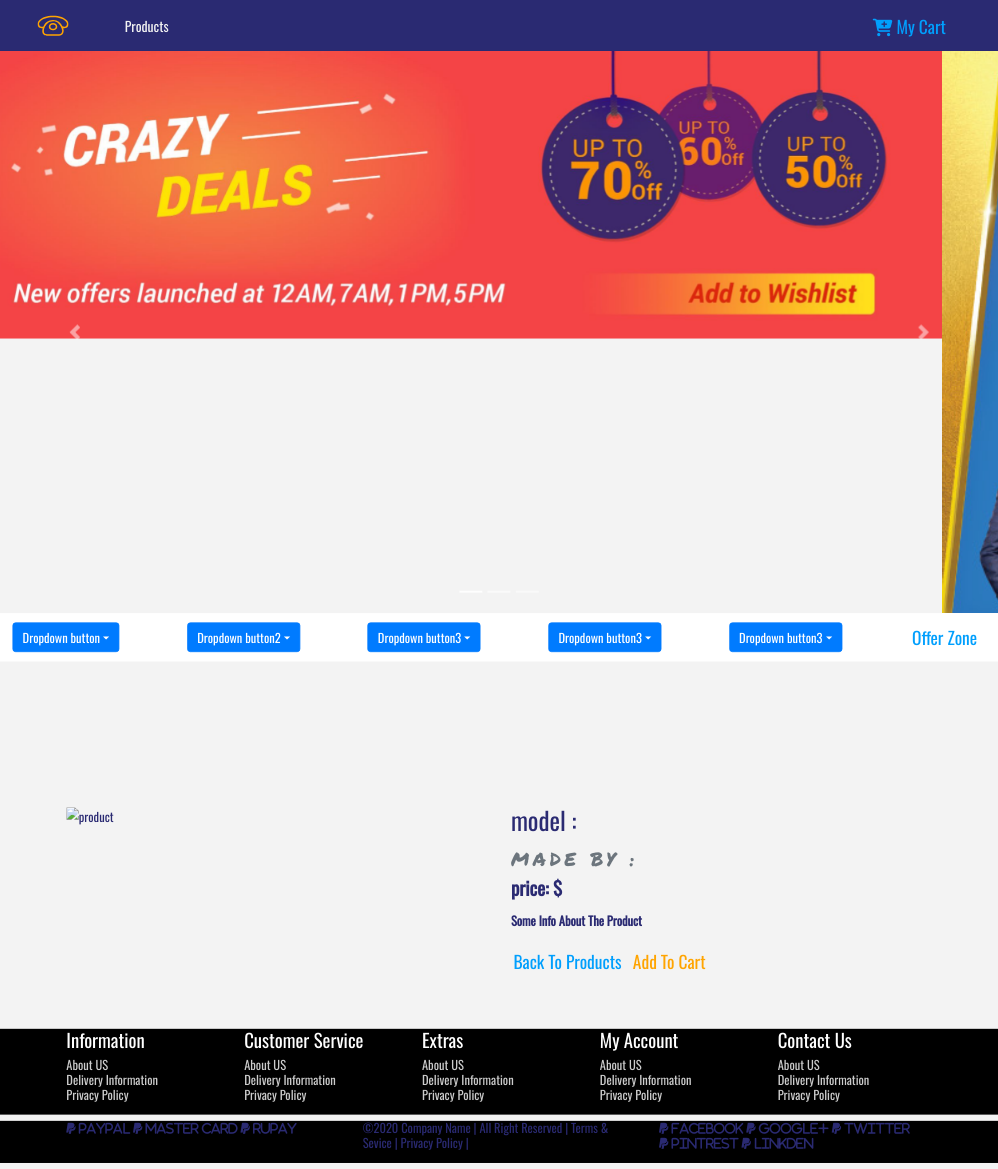
Repository: aditya1068/Online-Store
Page: /details
The author's editor kept a copy of each file at every save. The page is drawn from the files as they stood at one save, then again after the next save.
The browser window is 1280 px wide. The pictures show the whole page, at 78% of full size.
Some web libraries are served in a nearby version. The project was rebuilt for these pictures with package versions that can differ from the ones it lists, and the page was loaded fresh each time. Also part of the build but not shown: src/components/Products.js, src/components/Title.js, src/components/ProductsList.js, src/components/Cart.js, src/components/Default.js.

Above is the page before, as saved 2020-04-03 03:37:51.

### public/index.html
<!DOCTYPE html>
<html lang="en">
  <head>
    <meta charset="utf-8" />
    <link rel="icon" href="%PUBLIC_URL%/favicon.ico" />
    <meta name="viewport" content="width=device-width, initial-scale=1" />
    <meta name="theme-color" content="#000000" />
    <meta
      name="description"
      content="Web site created using create-react-app"
    />
    <link rel="apple-touch-icon" href="%PUBLIC_URL%/logo192.png" />
    <!--
      manifest.json provides metadata used when your web app is installed on a
      user's mobile device or desktop. See https://developers.google.com/web/fundamentals/web-app-manifest/
    -->
    <link rel="manifest" href="%PUBLIC_URL%/manifest.json" />
    <!--
      Notice the use of %PUBLIC_URL% in the tags above.
      It will be replaced with the URL of the `public` folder during the build.
      Only files inside the `public` folder can be referenced from the HTML.

      Unlike "/favicon.ico" or "favicon.ico", "%PUBLIC_URL%/favicon.ico" will
      work correctly both with client-side routing and a non-root public URL.
      Learn how to configure a non-root public URL by running `npm run build`.
    -->
    <!--Google Fonts-->
    <link href="https://fonts.googleapis.com/css?family=Oswald|Permanent+Marker&display=swap" rel="stylesheet">

    <!--Font Awesome-->
    <script src="https://kit.fontawesome.com/7ff98d2d13.js" crossorigin="anonymous"></script>
    <title>Store</title>
  </head>
  <body>
    <noscript>You need to enable JavaScript to run this app.</noscript>
    <div id="root"></div>
    <!--
      This HTML file is a template.
      If you open it directly in the browser, you will see an empty page.

      You can add webfonts, meta tags, or analytics to this file.
      The build step will place the bundled scripts into the <body> tag.

      To begin the development, run `npm start` or `yarn start`.
      To create a production bundle, use `npm run build` or `yarn build`.
    -->
  </body>
</html>

### src/index.js
import React from 'react';
import ReactDOM from 'react-dom';
import './index.css';
import 'bootstrap';
//import 'bootstrap/dist/css/bootstrap.css';
//import 'bootstrap/dist/js/bootstrap.js';
import App from './App';
import { BrowserRouter as Router } from 'react-router-dom';
import {ProductProvider } from './context';
import * as serviceWorker from './serviceWorker';

ReactDOM.render(
    <ProductProvider>

    <Router>
    <App/>
    </Router>

    </ProductProvider>,



 document.getElementById('root'));

// If you want your app to work offline and load faster, you can change
// unregister() to register() below. Note this comes with some pitfalls.
// Learn more about service workers: https://bit.ly/CRA-PWA
serviceWorker.unregister();

### src/App.js
import React, { Component } from "react";
import {Route,Switch} from 'react-router-dom';
import { BrowserRouter as  Router} from 'react-router-dom';
import './App.css';
import "bootstrap/dist/css/bootstrap.min.css";
import Navbar from "./components/Navbar";
import Navbar1 from "./components/Navbar1";
import ProductsList from "./components/ProductsList";
import Details from "./components/Details";
import Cart from "./components/Cart";
import Default from "./components/Default";
import Modal from './components/Modal';
import Slider from "./components/Slider";
import Footer from "./components/Footer";
import Footer2 from "./components/Footer2";

class App extends Component {
  render() {
    return(

      <Router>
        <Navbar />
        <Slider />
        <Navbar1 />

          <Switch>
            <Route path ="/" exact component ={
              () => (<ProductsList></ProductsList>)
            } />

            <Route path ="/details" exact component ={
              () => (<Details></Details>)
             } />

            <Route path ="/cart" exact component ={
              () => (<Cart></Cart>)
            } />

              <Route  component ={
              () => (<Default></Default>)
            } />

              </Switch>

            <Modal />
            <Footer /> <Footer2 />

  </Router>

    );
  }
}

export default App;

### src/context.js
import React, { Component } from 'react';
import { storeProducts, detailProduct } from './data';

const ProductContext = React.createContext();
// Provider
// Consumer

class ProductProvider extends Component {
   state = {
     products: [],
     detailProduct: detailProduct,
     cart: [],
     modalOpen: false,
     modalProduct: detailProduct,
     cartSubTotal: 0,
     cartTax: 0,
     CartTotal: 0,
   };

   componentDidMount() {
     this.setProducts();
   }

   setProducts = () => {
     let tempProducts = [];
     storeProducts.forEach(item => {
       const singleItem = { ...item };
       tempProducts = [...tempProducts, singleItem];
     });
     this.setState(() => {
       return { products: tempProducts };
     });
   };

    getItem = (id) => {
      const product = this.state.products.find(item => item.id === id);
      return product;
    };

   handleDetail =(id) => {
     const product = this.getItem(id);
     this.setState(() => {
       return { detailProduct:product };
     });
   };

 addToCart =(id) => {
   let tempProducts = [...this.state.products];
   const index = tempProducts.indexOf(this.getItem(id));
   const product = tempProducts[index];
   product.inCart = true;
   product.count = 1;
   const  price  = product.price;
   product.total = price;
   this.setState(() => {
     return { products: tempProducts, cart: [...this.state.cart, product] };
   },
   () => {
     this.addTotals();
   });
 };

    openModal = id => {
      const product = this.getItem(id);
      this.setState(() => {
        return { modalProduct: product, modalOpen: true };
      });
    }

closeModal = () => {
  this.setState(() => {
    return { modalOpen: false };
  });
};

increment = (id) => {
  let tempCart = [...this.state.cart];
  const selectedProduct = tempCart.find(item=>item.id === id);

  const index = tempCart.indexOf(selectedProduct);
  const product = tempCart[index];

  product.count += 1;
  product.total = product.count * product.price;

  this.setState(() => {
    return { cart: [...tempCart] };
  },
  () => {
    this.addTotals();
  });
}

decrement = (id) => {
  let tempCart = [...this.state.cart];
  const selectedProduct = tempCart.find(item => item.id === id);

  const index = tempCart.indexOf(selectedProduct);
  const product = tempCart[index];
  product.count = product.count - 1;
  if (product.count === 0) {
    this.removeItem(id);
  } else {
    product.total = product.count * product.price;
    this.setState(() => {
      return { cart: [...tempCart] };
    },
    () => { this.addTotals(); });
  }
};

removeItem = (id) => {
  const tempProducts = [...this.state.products];
  let tempCart = [...this.state.cart];

  tempCart = tempCart.filter(item => item.id !== id);
  const index = tempProducts.indexOf(this.getItem(id));
  const removedProduct = tempProducts[index];
  removedProduct.inCart = false;
  removedProduct.Count = 0;
  removedProduct.total = 0;
  this.setState(() => {
    return {
      cart: [...tempCart],
      products: [...tempProducts],
    };
  });
}

clearCart =() => {
  this.setState(() => {
    return { cart: [] };
  }, () => {
    this.setProducts();
    this.addTotals();
  });
};

addTotals =() => {
  let subTotal = 0;
  this.state.cart.map(item => (subTotal += item.total));
  const tempTax = subTotal * .18;
  const tax = parseFloat(tempTax.toFixed(1));
  const total = subTotal + tax;
  this.setState(() => {
    return {
      cartSubTotal: subTotal,
      cartTax: tax,
      CartTotal: total,
    };
  });
};

render() {
  return (
    <ProductContext.Provider value={{
      ...this.state,
      handleDetail: this.handleDetail,
      addToCart: this.addToCart,
      openModal: this.openModal,
      closeModal: this.closeModal,
      increment: this.increment,
      decrement: this.decrement,
      removeItem: this.removeItem,
      clearCart: this.clearCart,
    }}
    >
      {this.props.children}
    </ProductContext.Provider>
  );
}
}


const ProductConsumer = ProductContext.Consumer;

export { ProductProvider, ProductConsumer };

### src/App.css
:root{
  --mainBlue: #2a2a72;
  --lightBlue: #009ffd;
  --mainWhite: #f3f3f3;
  --mainDark: #232528;
  --mainYellow: #ffa400;
}
body{
    font-family: 'Oswald', sans-serif !important;
    background: var(--mainWhite)!important;
    color: var(--mainBlue)!important ;
}
.text-title{
font-family: 'Permanent Marker', cursive;
letter-spacing: 0.3rem;
text-transform: uppercase;
}
.text-blue{
  color: var(--mainBlue);
}
.text-bright{
  color: var(--lightBlue);
}
.btn-black{
  background: transparent;
  text-transform: capitalize;
  font-size: 0.6rem !important;
  color: var(--mainDark);
  border-radius: 0 !important;
  border: 0.1rem solid var(--mainDark) !important;
}

.btn-black:hover{
  background: var(--mainDark) !important;
  color: var(--mainWhite) !important;
}

.cart-icon{
  cursor: pointer;
  font-size: 1.2rem;
  color: var(--mainYellow);
}

### src/components/Navbar.js
import React, { Component } from 'react';
import {Link} from 'react-router-dom';
import logo from "../logo.svg";
import styled from "styled-components";
import {ButtonContainer} from  './button';
export default class Navbar extends Component{
    render(){
        return(

           <NavWrapper className="navbar navbar-expand-sm navbar-dark  px-sm-5">
               { /*
                https://www.iconfinder.com/icons/1243689/call_phone_icon
                Creative Commons (Attribution 3.0 Unported);
               https://www.iconfinder.com/Makoto_msk */}
    <Link to ='/' >
     <img src={logo} alt = "store" className="navbar-brand" />
    </Link>
    <ul className= "navbar-nav align-items-center">
        <li className="nav-item ml-5">
        <Link to= "/" className= "nav-link">
            products
            </Link>
            </li>
        </ul>
        <Link to= '/Cart' className="ml-auto">

        <ButtonContainer>
            <span className ="mr-2">
                <i className="fas fa-cart-plus"></i>  my cart
                </span> </ButtonContainer>
        </Link>
            </NavWrapper>
        );
    }
}

const NavWrapper =styled.nav`
background: var(--mainBlue);
.nav-link{
    color:var(--mainWhite)!important;
    font-size: 1.1rem;
    text-transform: capitalize;
}
`;

### src/components/Details.js
import React, { Component } from 'react';
import {ProductConsumer} from '../context';
import {Link} from 'react-router-dom';
import {ButtonContainer} from './button';
export default class Details extends Component{
    render(){
        return(

            <ProductConsumer>
                {(value)=>{
                    const {id,company,img,info,price,title,inCart}=
                    value.detailProduct;
                    return(
                        <div className="container py-5">
                            {/*title */}
                            <div className="row">
                                <div className="col-10 mx-auto text-center text-slanted text-blue my-5">
                                    <h1>{title}</h1>
                                    </div>
                            </div>

                            {/*end title */}
                            {/*Product info */}
                            <div className="row">
                                <div className="col-10 mx-auto col-md-6 my-3">

                                 <img src={img} className="img-fluid" alt="product"/>
                                </div>
                                {/* Product text */}
                                <div className="col-10 mx-auto col-md-6 my-3  text-capitalise">
                                    <h2>model :{title}</h2>
                                    <h4  className="text-title text-upercase text-muted mt-3 mb-2">
                                   made by : <span className="text-uppercase">
                                       {company}</span>  </h4>
                                       <h4 className="text-blue">
                                           <strong>
                                               price: <span>$</span>
                                          {price}
                                           </strong>
                                  </h4>
                                <p className="text-capitalize font-weight-bold mt-3 mb-0">
                                    some info about the product
                                </p>
                                <p className="text-muted lead">{info}</p>
                                {/* buttons */}
                                <div>
                                    <Link to="/">
                                        <ButtonContainer>back to products</ButtonContainer>
                                    </Link>
                                    <ButtonContainer cart
                                     disabled={inCart ? true : false}
                                     onClick={()=>{
                                        value.addToCart(id);
                                        value.openModal(id);
                                     }}
                                     >
                                        {inCart ? "inCart": "add to cart"}
                                    </ButtonContainer>

                                </div>
                            </div>
                        </div>
                        </div>
                    );
                }}

            </ProductConsumer>

        );
    }

}

### src/components/Modal.js
import React, { Component } from 'react'
import styled from 'styled-components';
import {ProductConsumer} from '../context';
import {ButtonContainer } from './button';
import {Link} from "react-router-dom";


export default class  extends Component {
    render() {
        return (
            <ProductConsumer>
                {(value) => {
                    const {modalOpen,closeModal} = value;
                    const {img,title,price} = value.modalProduct;

                    if(!modalOpen){
                        return null;
                    }

                    else{
                return (
                <ModalContainer>
    <div className="container">
    <div className="row">
      <div id="modal" className= "col-8 mx-auto col-md-6 col-lg-4 text-center text-capitalize">
    <h5>item added to the cart</h5>
    <img src={img} className="img-fluid" alt="product" />
    <h5>{title}</h5>
    <h5 className= "text-muted">price : $ {price} </h5>
    <Link to ='/'>
        <ButtonContainer onClick={()=>closeModal()}>
            continue Shopping
        </ButtonContainer>
    </Link>
    <Link to ='/cart'>
        <ButtonContainer cart onClick={()=>closeModal()}>
            go to Cart
        </ButtonContainer>
    </Link>
    </div>
    </div> </div>
                        </ModalContainer>
                        );

                }
            }}
            </ProductConsumer>
        );
    }
}

const ModalContainer = styled.div`
position:fixed;
top: 0;
left: 0;
right: 0;
bottom: 0;
background: rgba(0,0,0,0.3);
display: flex;
align-items: center;
justufy-content: center;
#modal{
    background: var(--mainWhite);
}
`;

### src/components/Slider.js
import React, { Component } from 'react'
import Carousel from 'react-bootstrap/Carousel'
//import Carousel from 'react-multi-carousel';
import 'react-multi-carousel/lib/styles.css';
import {Link} from 'react-router-dom';

export default class Slider extends Component {
    render() {
        return (
            <div>
                <Carousel>
  <Carousel.Item>
    <img
      className="d-block w-100"
      src="img/slider1.jpg"
      alt="First slide"
    />
    <Carousel.Caption>
      <h3></h3>
      <p></p>
    </Carousel.Caption>
  </Carousel.Item>
  <Carousel.Item>
    <img
      className="d-block w-100"
      src="img/slider2.jpg"
      alt="Second slide"
    />

    <Carousel.Caption>

    </Carousel.Caption>
  </Carousel.Item>
  <Carousel.Item>
    <img
      className="d-block w-100"
      src="img/slider3.jpg"
      alt="Third slide"
    />


  </Carousel.Item>
</Carousel>
            </div>
        )
    }
}

### src/components/Footer.js
import React, { Component } from 'react';


export default class Footer extends Component {
    render() {
      return (
          <div className="main-footer"  >
             <h1 style={{backgroundColor: "black"}}>
              <div className= "container">
              <div className= "row">
                  {/* column1 */}
                  <div className= "col">
                  <h4 style={{color: "#ffffff"}}>Information</h4>
                      <ul className="list-unstyled" style={{color: "#cccccc"}} >
                         <h6> <li>About US </li>
                          <li>Delivery Information</li>
                          <li>Privacy Policy</li></h6>
                      </ul>
                  </div>
                  {/* column2 */}
                  <div className= "col">
                      <h4 style={{color: "#ffffff"}}>Customer Service</h4>
                      <ul className="list-unstyled" style={{color: "#cccccc"}}>
                         <h6> <li>About US</li>
                          <li>Delivery Information</li>
                          <li>Privacy Policy</li></h6>
                      </ul>
                  </div>
                  {/* column3 */}
                  <div className= "col">
                      <h4 style={{color: "#ffffff"}}>Extras</h4>
                      <ul className="list-unstyled" style={{color: "#cccccc"}}>
                         <h6> <li>About US</li>
                          <li>Delivery Information</li>
                          <li>Privacy Policy</li></h6>
                      </ul>
                  </div>
                  {/*column 4 */}
                  <div className= "col">
                      <h4 style={{color: "#ffffff"}}>My Account</h4>
                      <ul className="list-unstyled" style={{color: "#cccccc"}}>
                        <h6>  <li>About US</li>
                          <li>Delivery Information</li>
                          <li>Privacy Policy</li></h6>
                      </ul>
                  </div>
                   {/*column 5 */}
                   <div className= "col">
                      <h4 style={{color: "#ffffff"}} >Contact Us</h4>
                      <ul className="list-unstyled" style={{color: "#cccccc"}}>
                        <h6>  <li>About US</li>
                          <li>Delivery Information</li>
                          <li>Privacy Policy</li></h6>
                      </ul>
                  </div>



                  </div>
              </div></h1>
          </div>

      )
      }}

### src/components/Footer2.js
import React, { Component } from 'react';

export default class Footer2 extends Component {
    render() {
      return (
        <div className="second-footer">
            <h1 style={{backgroundColor: "black"}}>
              <div className= "container">
              <div className= "row">
                  {/* column1 */}
                  <div className= "col">
                      <ul className="list-unstyled">
                        <h6> <i className="fab fa-paypal"> Paypal </i> {""}
                          <i className="fab fa-paypal"> Master Card </i> {""}
                          <i className="fab fa-paypal"> Rupay </i> {""}</h6>
                      </ul>
                  </div>
                          {/* column2 */}
                   <div className= "col">

                      <ul className="list-unstyled">
                         <h6>  &copy;{(new Date().getFullYear())} Company Name | All Right Reserved |
                           Terms & Sevice | Privacy Policy |    </h6>
                      </ul>
                  </div>

                        {/*Column 3*/}
                        <div className= "col">
                      <ul className="list-unstyled">
                     <h6><i className="fab fa-paypal"> Facebook </i> {""}
                          <i className="fab fa-paypal"> Google+ </i> {""}
                          <i className="fab fa-paypal"> Twitter </i> {""}
                          <i className="fab fa-paypal"> Pintrest </i> {""}
                          <i className="fab fa-paypal"> Linkden </i> {""}</h6>

                      </ul>
                  </div>
                     </div>
                  </div></h1>
                 </div>



      )
    }
}

### src/components/button.js
import styled from "styled-components"



export const ButtonContainer = styled.button`
text-transform:capitalize;
font-size:1.4rem;
background: transparent;
border: 0.05 rem solid var(--lightBlue);
color: var(--lightBlue);
border-color: ${props => (props.cart? "var(--mainYellow)": "var--(lightBlue)")};
color ${prop => prop.cart ? "var(--mainYellow)": "var--(lightBlue)"};
border-radius: 0.5rem;
padding:0.2rem;
cursor:pointer;
margin:0.2rem 0.5rem 0.2rem 0;
transition:all 0.5s ease-in-out;
&:hover: {
    background:${prop => prop.cart ? "var(--mainYellow)": "var--(lightBlue)"};
    color:var(--mainBlue);
}
&:focus{
    outLine: none;
}
`;

Loaded but not shown: src/index.css (common file); src/serviceWorker.js (common file); src/data.js (99 lines, source omitted); src/components/Navbar1.js (89 lines, source omitted)

After the next save:
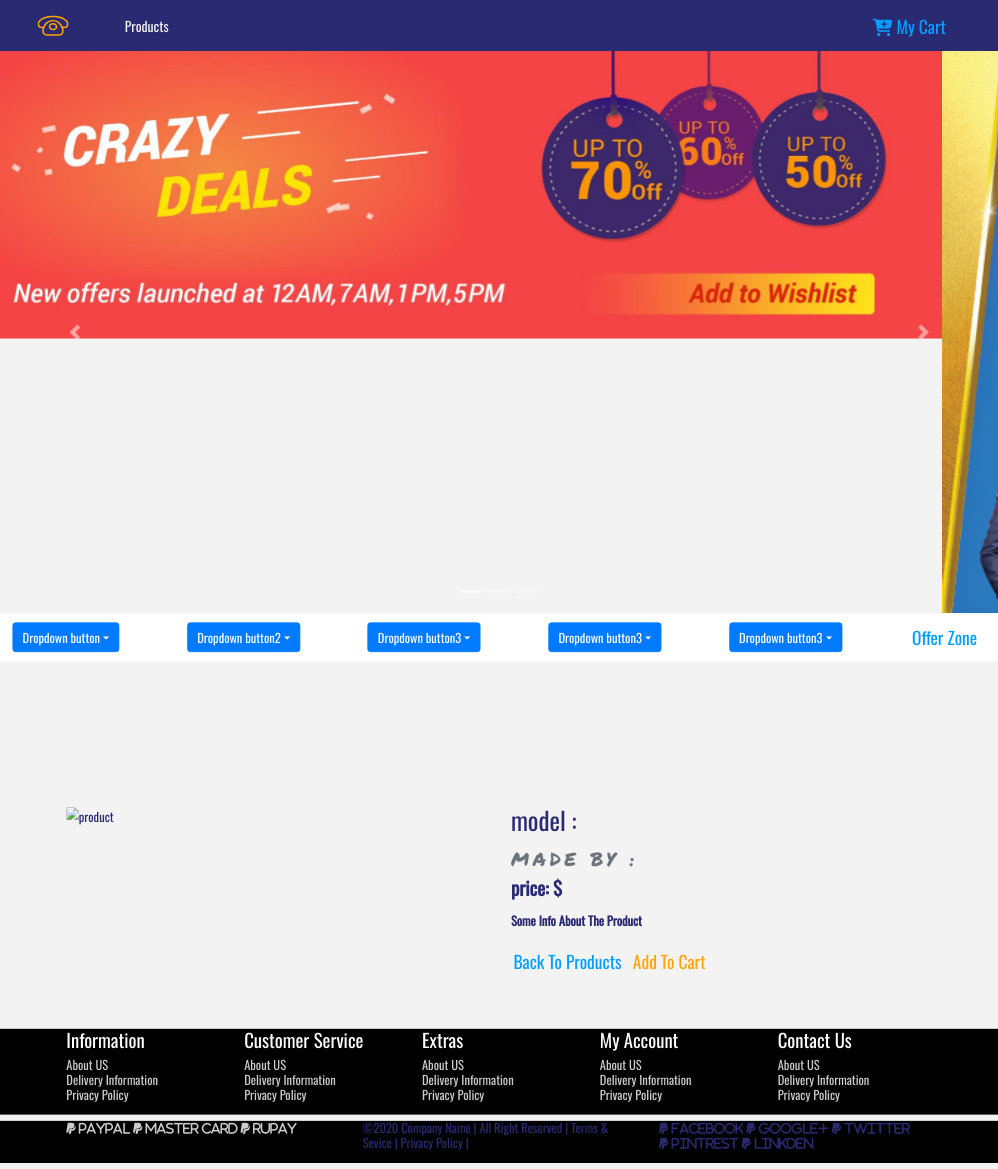
Saved 3 min 27 s later.
--- a/src/components/Footer2.js
+++ b/src/components/Footer2.js
@@ -8,8 +8,8 @@ export default class Footer2 extends Component {
               <div className= "container">
               <div className= "row">
                   {/* column1 */}
-                  <div className= "col">
-                      <ul className="list-unstyled">
+                  <div className= "col" style={{color: "#cccccc"}}>
+                      <ul className="list-unstyled" >
                         <h6> <i className="fab fa-paypal"> Paypal </i> {""}
                           <i className="fab fa-paypal"> Master Card </i> {""}
                           <i className="fab fa-paypal"> Rupay </i> {""}</h6>
